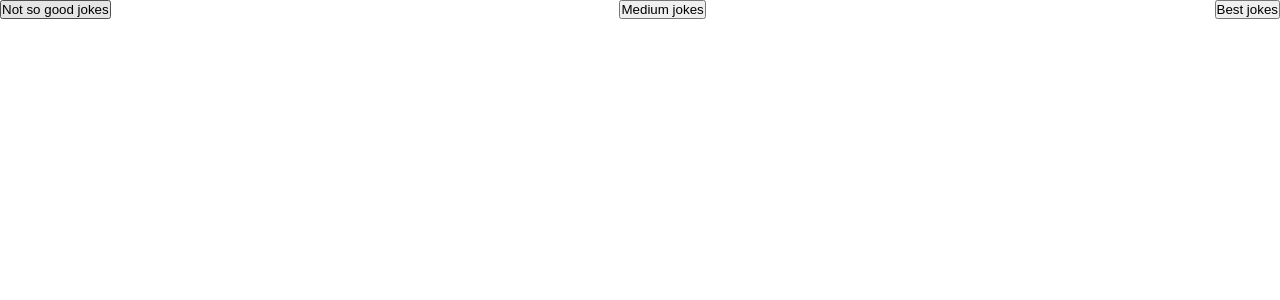
Repository: SerbanLuca/ChuckNorrisJokes-app
Page: /
These files come from the project's save history. The page is drawn as it stood at one moment and after a run of saves; the edit follows.
The browser window is 1280 px wide. The pictures show the whole page.
The project was rebuilt for these pictures with package versions that can differ from the ones it lists, and the page was loaded fresh each time. Also part of the build but not shown: src/Button.js.

Above is the page before, as saved 2021-04-07 11:26:49.

After the next 2 saves:
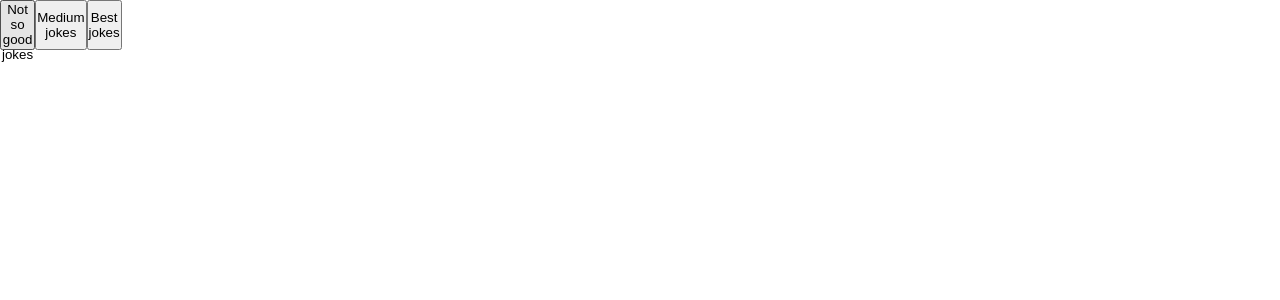
The 2 saves are shown as one change because they came seconds apart.
The last was saved 25 s later.
--- a/src/App.css
+++ b/src/App.css
@@ -9,10 +9,11 @@
 {
   display: flex;
   justify-content: space-between;
+  width: 100px;
+  height: 50px;
 }
 
 .easy
 {
-  width: 100px;
-  height: 50px;
+
 }

After the save that followed:
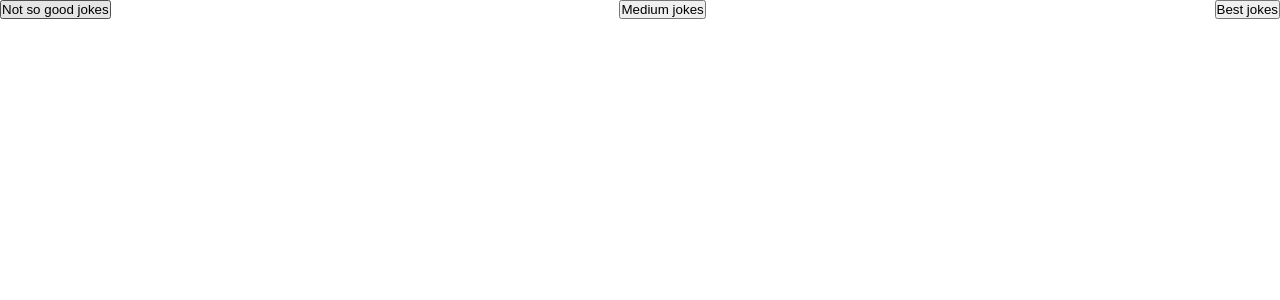
Saved 7 s later.
--- a/src/App.css
+++ b/src/App.css
@@ -9,11 +9,10 @@
 {
   display: flex;
   justify-content: space-between;
-  width: 100px;
-  height: 50px;
 }
 
 .easy
 {
-
+  width: 100px;
+  height: 50px;
 }
